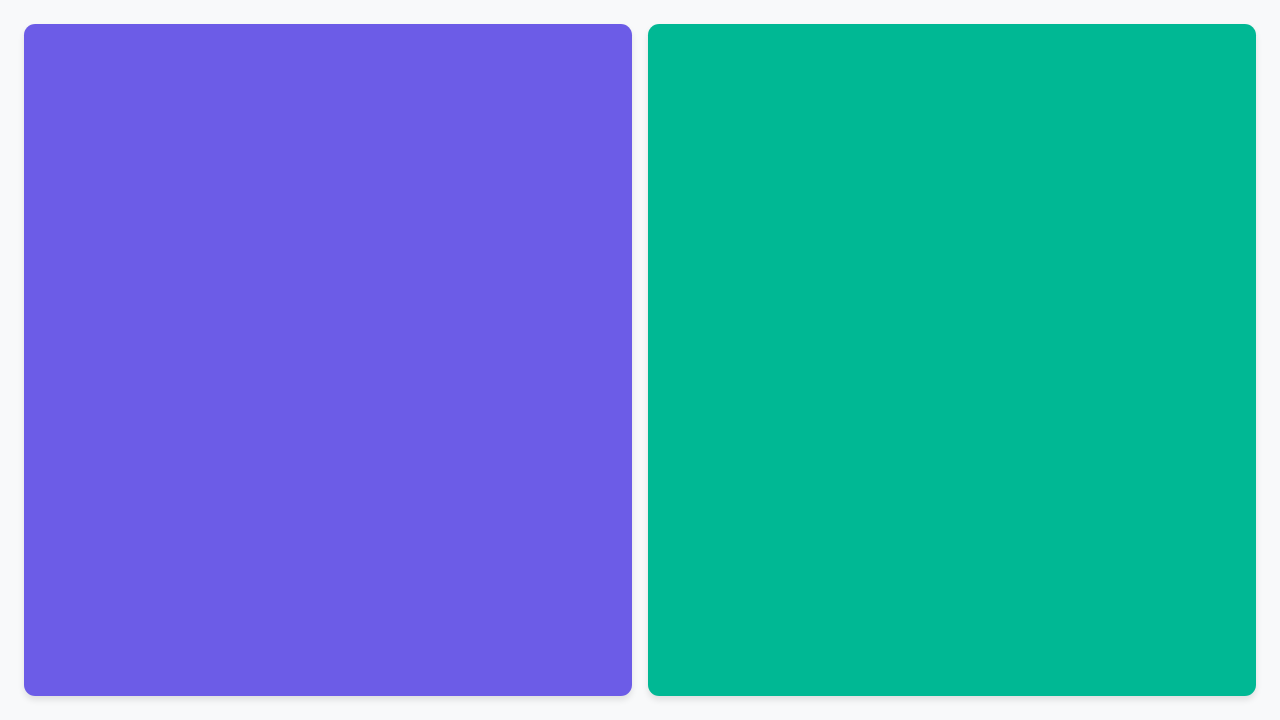
Repository: swarnabha-dutta/ai-code-reviewer
Page: / (app in frontend/)
The author's editor kept a copy of each file at every save. The page is drawn from the files as they stood at one save, then again after a run of saves.
The browser window is 1280 px wide. The pictures show the whole page.
The project was rebuilt for these pictures with package versions that can differ from the ones it lists, and the page was loaded fresh each time. Also part of the build but not shown: frontend/vite.config.js.

Above is the page before, as saved 2025-06-07 08:33:58.

### frontend/src/App.jsx
import './App.css'

function App() {

  return (
    <>
      <main>
        <div className="left">
          <div className="code"></div>
          <div className="review"></div>
        </div>
        <div className="right"></div>
     </main>
    </>
  )
}

export default App

### frontend/src/App.css
* {
  margin: 0;
  padding: 0;
  box-sizing: border-box;
}

html,
body,
#root {
  height: 100%;
  width: 100%;
}

main {
  height: 100%;
  width: 100%;
  padding: 1.5rem;
  display: flex;
  gap: 1rem;
  background-color: #f8f9fa; /* Light background for contrast */
}

main .left,
main .right {
  height: 100%;
  flex-basis: 50%;
  border-radius: 0.7rem;
  box-shadow: 0 4px 6px rgba(0, 0, 0, 0.1); /* Subtle shadow for depth */
}

main .left {
  background-color: #6c5ce7; /* Vibrant purple */
  color: white; /* White text for contrast */
  display: flex;
  align-items: center;
  justify-content: center;
  font-size: 1.5rem;
  font-weight: bold;
}

main .right {
  background-color: #00b894; /* Fresh green */
  color: white; /* White text for contrast */
  display: flex;
  align-items: center;
  justify-content: center;
  font-size: 1.5rem;
  font-weight: bold;
}

Loaded but not shown: frontend/index.html (common file); frontend/src/main.jsx (common file); frontend/src/index.css (common file)

After the next 2 saves:
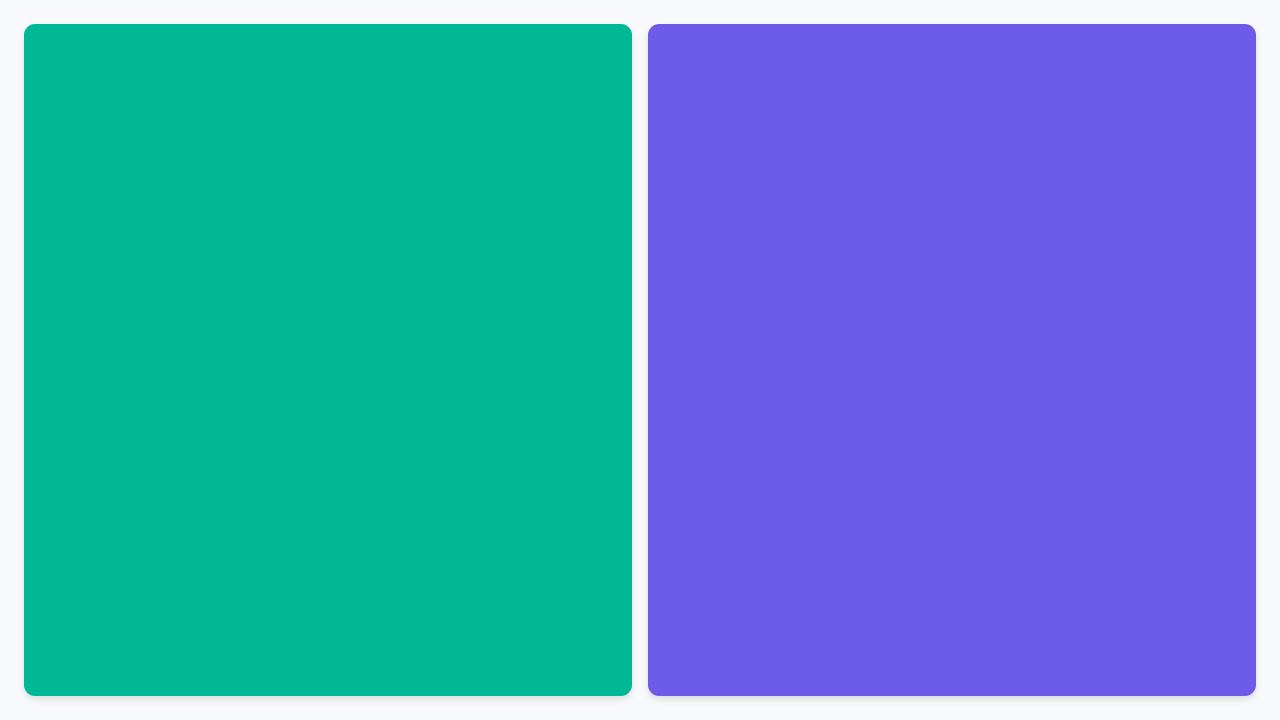
The 2 saves are shown as one change because they came seconds apart.
The last was saved 33 s later.
--- a/frontend/src/App.css
+++ b/frontend/src/App.css
@@ -28,7 +28,7 @@ main .right {
   box-shadow: 0 4px 6px rgba(0, 0, 0, 0.1); /* Subtle shadow for depth */
 }
 
-main .left {
+main .right {
   background-color: #6c5ce7; /* Vibrant purple */
   color: white; /* White text for contrast */
   display: flex;
@@ -38,7 +38,7 @@ main .left {
   font-weight: bold;
 }
 
-main .right {
+main .left {
   background-color: #00b894; /* Fresh green */
   color: white; /* White text for contrast */
   display: flex;
